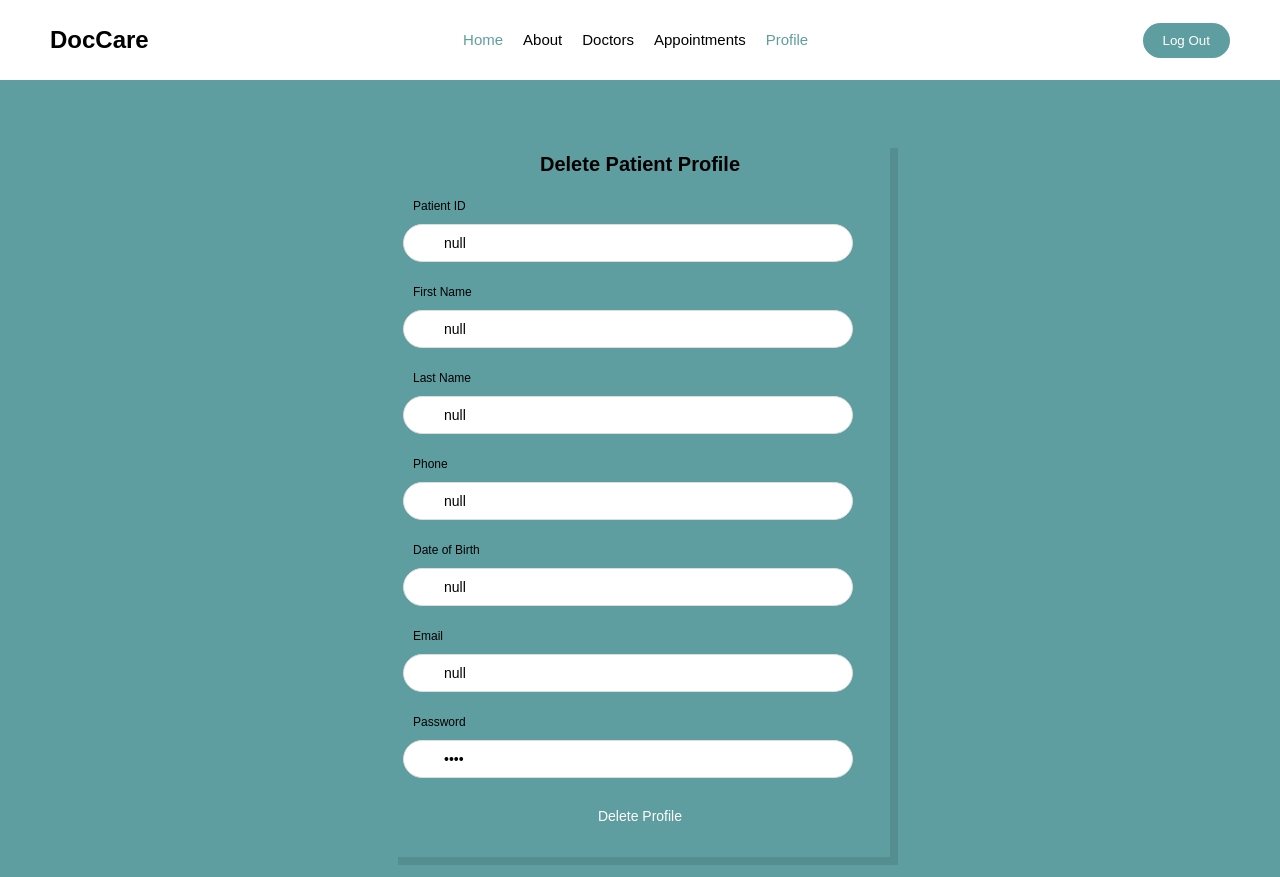
Repository: MonaliWatareka/echanneling
Page: http://localhost/PatientDemo/patientAccountDelete.jsp
The author's editor kept a copy of each file at every save. The page is drawn from the files as they stood at one save, then again after the next save.
The browser window is 1280 px wide. The pictures show the whole page.
The page is served by Tomcat 10.

Above is the page before, as saved 2024-10-13 04:38:55.

After the next save:
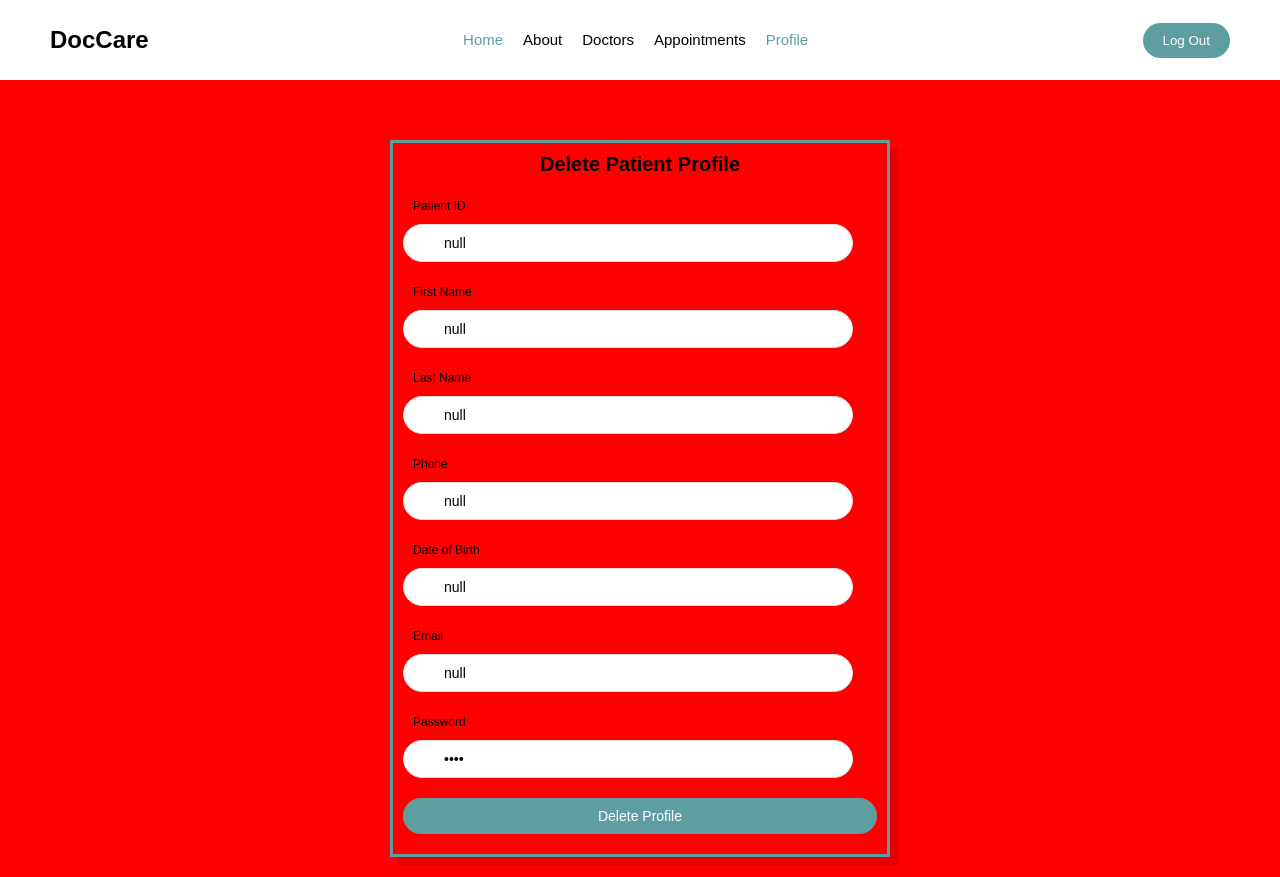
Saved 4 min 9 s later.
--- a/Project/PatientDemo/src/main/webapp/patientAccountDelete.jsp
+++ b/Project/PatientDemo/src/main/webapp/patientAccountDelete.jsp
@@ -10,7 +10,7 @@
    <style>
 
         body {
-            background-color:  cadetblue;
+            background-color:  red;
 
         }
     </style>

After the save that followed:
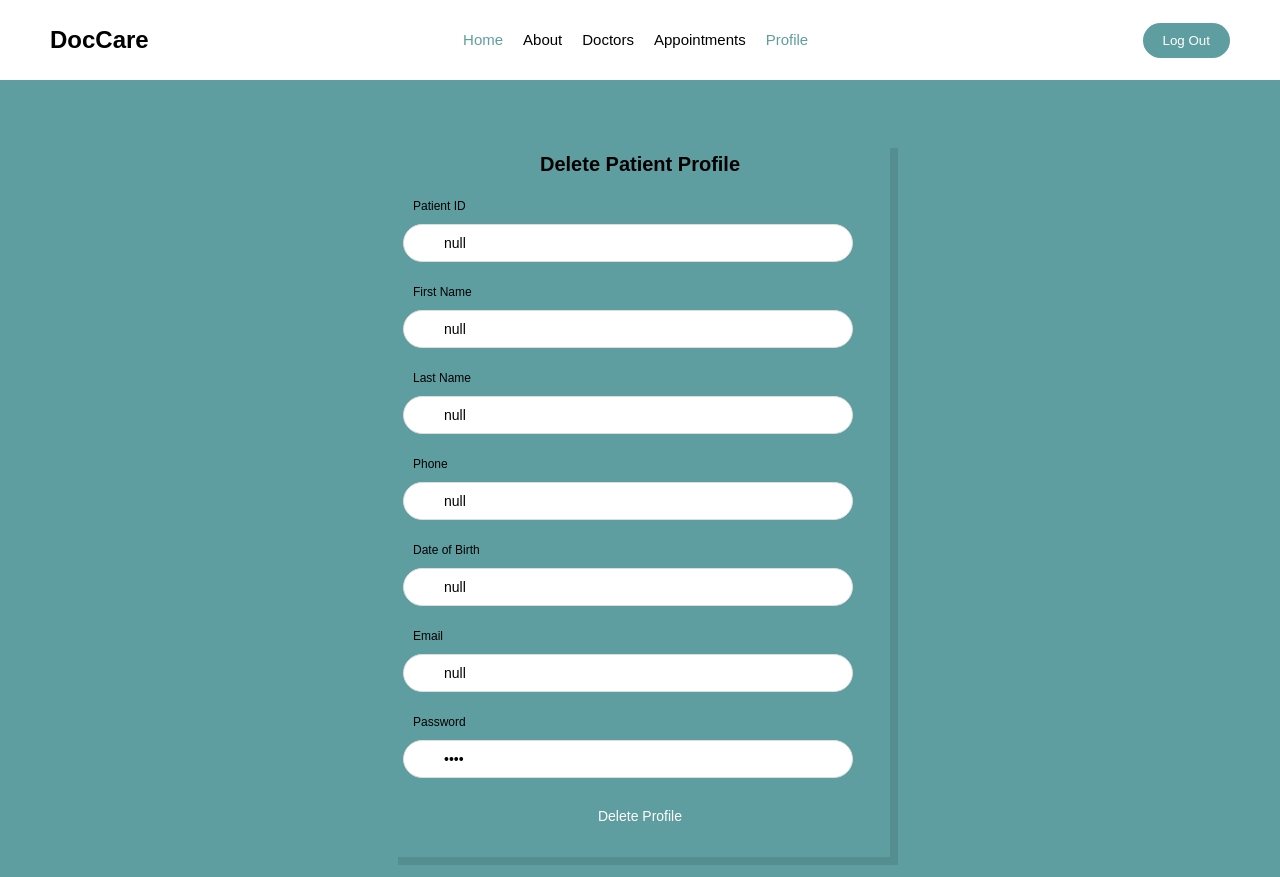
Saved 73 s later.
--- a/Project/PatientDemo/src/main/webapp/patientAccountDelete.jsp
+++ b/Project/PatientDemo/src/main/webapp/patientAccountDelete.jsp
@@ -10,9 +10,12 @@
    <style>
 
         body {
-            background-color:  red;
+            background-color:  cadetblue;
 
         }
+        .form-box{
+        }
+
     </style>
 </head>
 <body>
